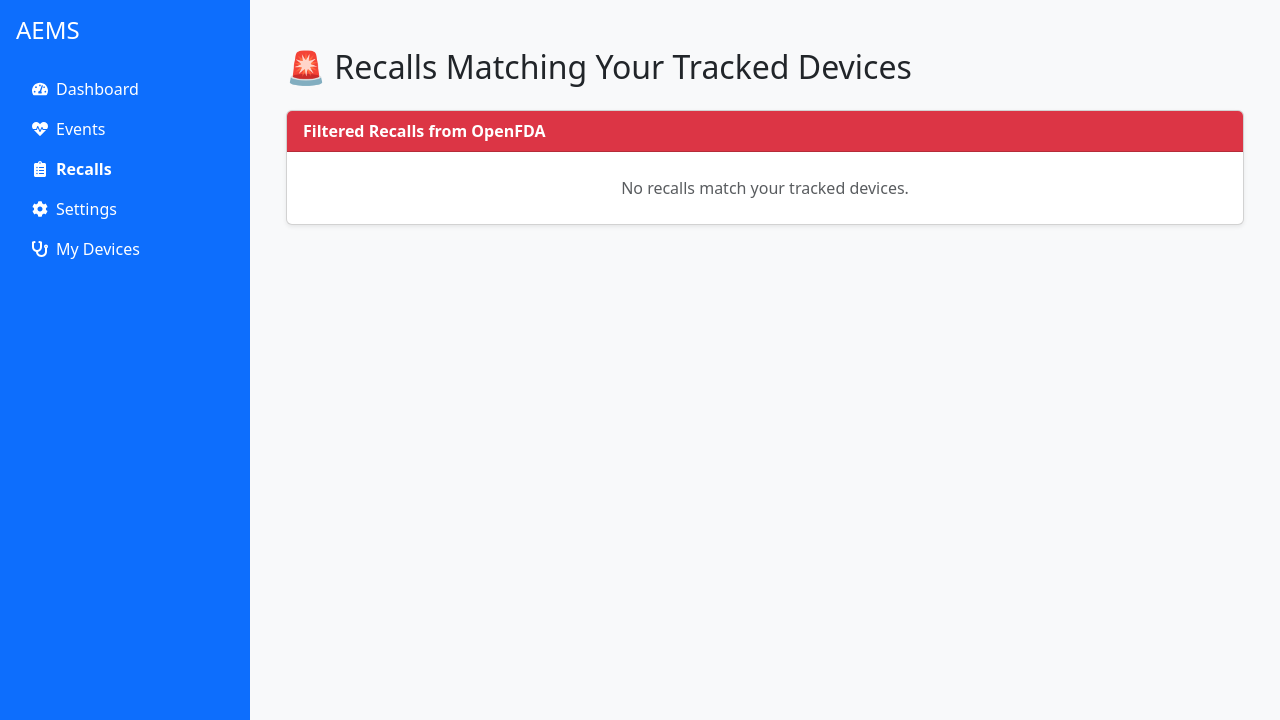
Repository: Sarary2/AEMS_2MVP
Page: /recalls (app in frontend/AEMS/)
An editor plug-in stored every save of this project. The page is shown before and after the next save, followed by the edit.
The browser window is 1280 px wide. The pictures show the whole page.
The page's requests for data from a server got no answer. The project was rebuilt for these pictures with package versions that can differ from the ones it lists, and the page was loaded fresh each time. No one was signed in, and anything a server would have sent is missing. Also part of the build but not shown: frontend/AEMS/vite.config.js, frontend/AEMS/src/components/StatCard.jsx, frontend/AEMS/src/components/DeviceRow.jsx, frontend/AEMS/src/components/StatusChart.jsx, frontend/AEMS/src/components/RecallsPanel.jsx, frontend/AEMS/src/pages/Dashboard.jsx, frontend/AEMS/src/pages/Events.jsx, frontend/AEMS/src/firebase.js and 4 more.

Above is the page before, as saved 2025-05-06 14:15:05.

### frontend/AEMS/src/main.jsx
import React from 'react';
import ReactDOM from 'react-dom/client';
import App from './App.jsx';
import 'bootstrap/dist/css/bootstrap.min.css';

ReactDOM.createRoot(document.getElementById('root')).render(
  <React.StrictMode>
    <App />
  </React.StrictMode>
);

### frontend/AEMS/src/App.jsx
import { BrowserRouter as Router, Routes, Route, useLocation } from 'react-router-dom';
import Sidebar from './components/Sidebar';
import Dashboard from './pages/Dashboard';
import Events from './pages/Events';
import Login from './pages/Login';
import Register from './pages/Register';
import Recalls from './pages/Recalls';
import Settings from './pages/Settings';
import TrackedDevices from './pages/TrackedDevices';

function LayoutWithSidebar({ children }) {
  return (
    <div className="d-flex min-vh-100">
      <Sidebar />
      <div className="flex-grow-1 bg-light p-4 overflow-auto">
        {children}
      </div>
    </div>
  );
}

function AppRoutes() {
  const location = useLocation();
  const hideSidebar = ['/login', '/register'].includes(location.pathname);

  return hideSidebar ? (
    <Routes>
      <Route path="/login" element={<Login />} />
      <Route path="/register" element={<Register />} />
    </Routes>
  ) : (
    <LayoutWithSidebar>
      <Routes>
        <Route path="/" element={<Dashboard />} />
        <Route path="/events" element={<Events />} />
        <Route path="/recalls" element={<Recalls />} />
        <Route path="/settings" element={<Settings />} />
        <Route path="/tracked" element={<TrackedDevices />} />
      </Routes>
    </LayoutWithSidebar>
  );
}

export default function App() {
  return (
    <Router>
      <AppRoutes />
    </Router>
  );
}

### frontend/AEMS/src/components/Sidebar.jsx
import { NavLink } from 'react-router-dom';
import { FaTachometerAlt, FaHeartbeat, FaClipboardList, FaCog, FaStethoscope } from 'react-icons/fa';

export default function Sidebar() {
  return (
    <div className="bg-primary text-white d-flex flex-column p-3" style={{ width: '250px', minHeight: '100vh' }}>
      <h4 className="text-white mb-4">AEMS</h4>
      <ul className="nav flex-column">
        <li className="nav-item">
          <NavLink to="/" className={({ isActive }) =>
            `nav-link d-flex align-items-center text-white ${isActive ? 'fw-bold' : ''}`
          }>
            <FaTachometerAlt className="me-2" /> Dashboard
          </NavLink>
        </li>
        <li className="nav-item">
          <NavLink to="/events" className={({ isActive }) =>
            `nav-link d-flex align-items-center text-white ${isActive ? 'fw-bold' : ''}`
          }>
            <FaHeartbeat className="me-2" /> Events
          </NavLink>
        </li>
        <li className="nav-item">
          <NavLink to="/recalls" className={({ isActive }) =>
            `nav-link d-flex align-items-center text-white ${isActive ? 'fw-bold' : ''}`
          }>
            <FaClipboardList className="me-2" /> Recalls
          </NavLink>
        </li>
        <li className="nav-item">
          <NavLink to="/settings" className={({ isActive }) =>
            `nav-link d-flex align-items-center text-white ${isActive ? 'fw-bold' : ''}`
          }>
            <FaCog className="me-2" /> Settings
          </NavLink>
        </li>
        <li className="nav-item">
          <NavLink to="/tracked" className={({ isActive }) =>
            `nav-link d-flex align-items-center text-white ${isActive ? 'fw-bold' : ''}`
          }>
            <FaStethoscope className="me-2" /> My Devices
          </NavLink>
        </li>
      </ul>
    </div>
  );
}

### frontend/AEMS/src/pages/Recalls.jsx
import { useEffect, useState } from 'react';
import { fetchDeviceRecalls } from '../utils/fetchRecalls';

export default function Recalls() {
  const [recalls, setRecalls] = useState([]);
  const [loading, setLoading] = useState(true);

  const getTrackedDevices = () =>
    JSON.parse(localStorage.getItem('trackedDevices') || '[]').map(t => t.toLowerCase());

  useEffect(() => {
    const tracked = getTrackedDevices();

    fetchDeviceRecalls().then(data => {
      const matched = data.filter(recall =>
        tracked.some(t => recall.brandName?.toLowerCase().includes(t))
      );
      setRecalls(matched);
      setLoading(false);
    });
  }, []);

  const formatDate = (rawDate) => {
    if (!rawDate || rawDate.length !== 8) return 'N/A';
    return `${rawDate.slice(0, 4)}-${rawDate.slice(4, 6)}-${rawDate.slice(6)}`;
  };

  const statusColor = (status) => {
    switch ((status || '').toLowerCase()) {
      case 'ongoing': return 'warning';
      case 'completed': return 'success';
      case 'terminated': return 'danger';
      default: return 'secondary';
    }
  };

  return (
    <div className="container-fluid">
      <h2 className="my-4">🚨 Recalls Matching Your Tracked Devices</h2>

      <div className="card shadow-sm">
        <div className="card-header bg-danger text-white fw-bold">
          Filtered Recalls from OpenFDA
        </div>
        <div className="card-body p-0">
          {loading ? (
            <div className="text-center py-4 text-muted">Loading recall data...</div>
          ) : recalls.length === 0 ? (
            <div className="text-center py-4 text-muted">
              No recalls match your tracked devices.
            </div>
          ) : (
            <div className="table-responsive">
              <table className="table table-striped table-bordered mb-0">
                <thead className="table-light">
                  <tr>
                    <th>Brand</th>
                    <th>Reason</th>
                    <th>Date</th>
                    <th>Status</th>
                  </tr>
                </thead>
                <tbody>
                  {recalls.map((recall, i) => (
                    <tr key={i}>
                      <td>{recall.brandName}</td>
                      <td>{recall.recallReason}</td>
                      <td>{formatDate(recall.recallDate)}</td>
                      <td>
                        <span className={`badge bg-${statusColor(recall.status)}`}>
                          {recall.status}
                        </span>
                      </td>
                    </tr>
                  ))}
                </tbody>
              </table>
            </div>
          )}
        </div>
      </div>
    </div>
  );
}

### frontend/AEMS/src/utils/fetchRecalls.js
export async function fetchDeviceRecalls(limit = 25) {
    try {
      const res = await fetch(
        `https://api.fda.gov/device/enforcement.json?search=classification:"Class I"&limit=${limit}`
      );
      const data = await res.json();

      if (!data.results) {
        console.warn("⚠️ OpenFDA returned no results:", data);
        return [];
      }

      return data.results.map(item => ({
        brandName: item.device_name || item.product_description || 'Unknown',
        recallReason: item.reason_for_recall || 'N/A',
        recallDate: item.recall_initiation_date || 'N/A',
        status: item.status || 'Ongoing',
      }));
    } catch (err) {
      console.error("❌ Error fetching recall data:", err);
      return [];
    }
  }

Loaded but not shown: frontend/AEMS/index.html (common file)

After the next save:
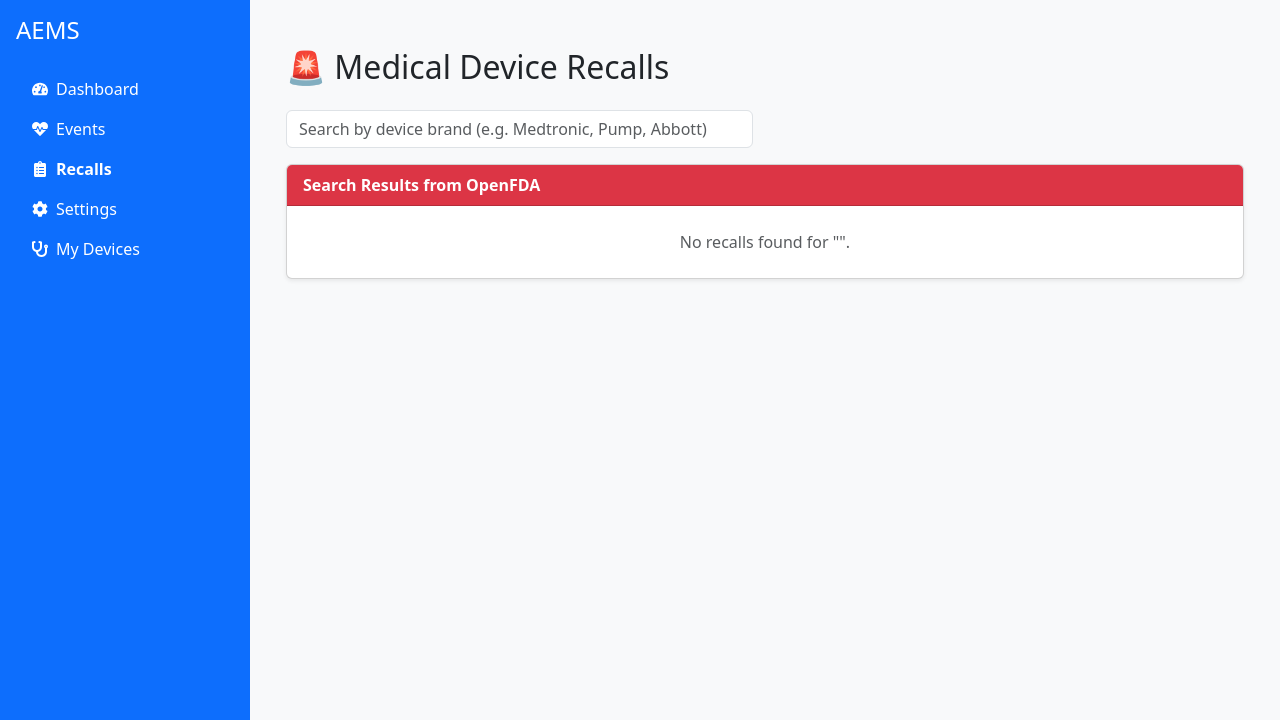
Saved 107 s later.
--- a/frontend/AEMS/src/pages/Recalls.jsx
+++ b/frontend/AEMS/src/pages/Recalls.jsx
@@ -3,22 +3,25 @@ import { fetchDeviceRecalls } from '../utils/fetchRecalls';
 
 export default function Recalls() {
   const [recalls, setRecalls] = useState([]);
+  const [filtered, setFiltered] = useState([]);
+  const [searchTerm, setSearchTerm] = useState('');
   const [loading, setLoading] = useState(true);
 
-  const getTrackedDevices = () =>
-    JSON.parse(localStorage.getItem('trackedDevices') || '[]').map(t => t.toLowerCase());
-
   useEffect(() => {
-    const tracked = getTrackedDevices();
-
     fetchDeviceRecalls().then(data => {
-      const matched = data.filter(recall =>
-        tracked.some(t => recall.brandName?.toLowerCase().includes(t))
-      );
-      setRecalls(matched);
+      setRecalls(data);
+      setFiltered(data); // default shows all
       setLoading(false);
     });
   }, []);
+
+  useEffect(() => {
+    const term = searchTerm.toLowerCase();
+    const filteredResults = recalls.filter(recall =>
+      recall.brandName.toLowerCase().includes(term)
+    );
+    setFiltered(filteredResults);
+  }, [searchTerm, recalls]);
 
   const formatDate = (rawDate) => {
     if (!rawDate || rawDate.length !== 8) return 'N/A';
@@ -36,19 +39,28 @@ export default function Recalls() {
 
   return (
     <div className="container-fluid">
-      <h2 className="my-4">🚨 Recalls Matching Your Tracked Devices</h2>
+      <h2 className="my-4">🚨 Medical Device Recalls</h2>
+
+      <div className="mb-3 row">
+        <div className="col-md-6">
+          <input
+            className="form-control"
+            placeholder="Search by device brand (e.g. Medtronic, Pump, Abbott)"
+            value={searchTerm}
+            onChange={(e) => setSearchTerm(e.target.value)}
+          />
+        </div>
+      </div>
 
       <div className="card shadow-sm">
         <div className="card-header bg-danger text-white fw-bold">
-          Filtered Recalls from OpenFDA
+          Search Results from OpenFDA
         </div>
         <div className="card-body p-0">
           {loading ? (
             <div className="text-center py-4 text-muted">Loading recall data...</div>
-          ) : recalls.length === 0 ? (
-            <div className="text-center py-4 text-muted">
-              No recalls match your tracked devices.
-            </div>
+          ) : filtered.length === 0 ? (
+            <div className="text-center py-4 text-muted">No recalls found for "{searchTerm}".</div>
           ) : (
             <div className="table-responsive">
               <table className="table table-striped table-bordered mb-0">
@@ -61,7 +73,7 @@ export default function Recalls() {
                   </tr>
                 </thead>
                 <tbody>
-                  {recalls.map((recall, i) => (
+                  {filtered.map((recall, i) => (
                     <tr key={i}>
                       <td>{recall.brandName}</td>
                       <td>{recall.recallReason}</td>
